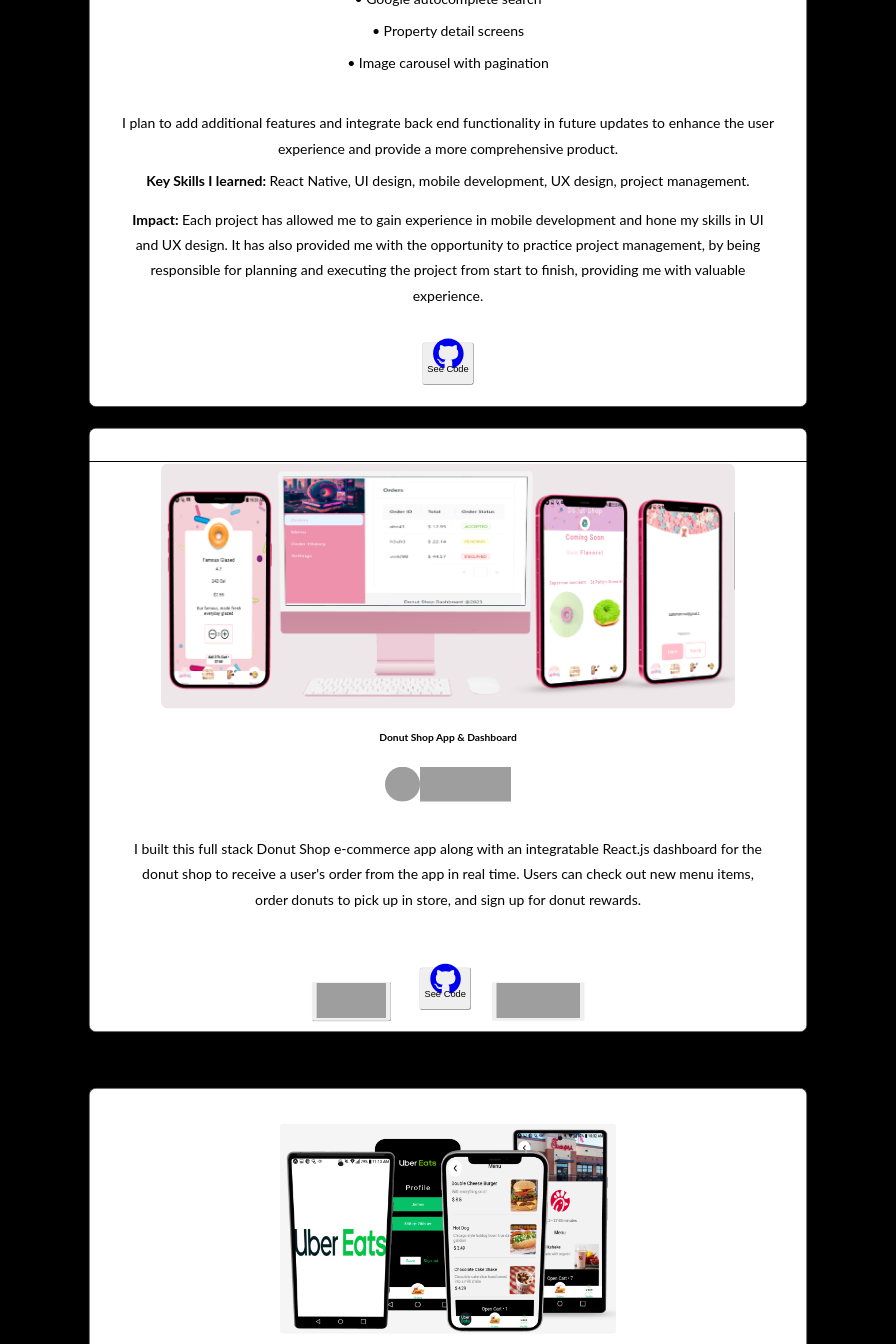
Repository: JamesPesenti/portfolio
Page: /
An editor plug-in stored every save of this project. The page is shown before and after the next save, followed by the edit.
The browser window is 1280 px wide. The pictures show the part of the page from y = 2245 to 4165 px (the page is 6929 px tall), at 70% of full size.
Pictures or frames that could not be fetched are drawn as grey boxes. The project was rebuilt for these pictures with package versions that can differ from the ones it lists, and the page was loaded fresh each time. Imported but missing from the stored project, and not drawn on this page: src/Components/James Pesenti Resume 2023.pdf.

Above is the page before, as saved 2023-05-06 09:46:42.

After the next save:
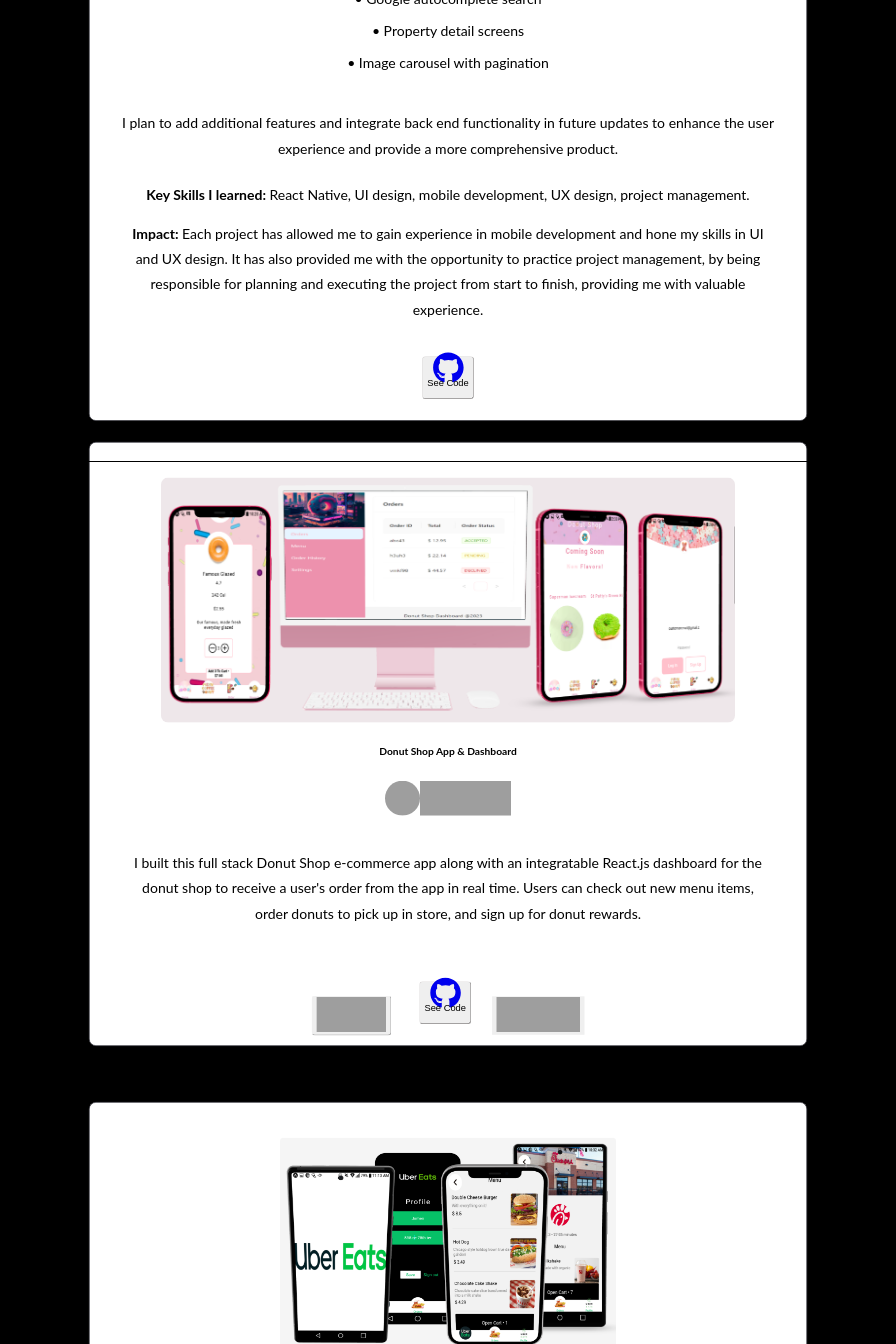
Saved 4 s later.
--- a/src/Components/MyProjects.jsx
+++ b/src/Components/MyProjects.jsx
@@ -27,7 +27,7 @@
             <p style={{fontSize: 20, padding: 0, marginBottom: -10}}>&#8226; Google autocomplete search</p>
             <p style={{fontSize: 20, padding: 0, marginBottom: -10}}>&#8226; Property detail screens</p>
             <p style={{fontSize: 20,  padding: 0, marginBottom: -10}}>&#8226; Image carousel with pagination</p>
-            <p style={{fontSize: 20, textAlign: 'center', padding: 40, marginBottom: -80}}>I plan to add additional features and integrate back end functionality in future updates to enhance the user experience and provide a more comprehensive product.</p>
+            <p style={{fontSize: 20, textAlign: 'center', padding: 40, marginBottom: -60}}>I plan to add additional features and integrate back end functionality in future updates to enhance the user experience and provide a more comprehensive product.</p>
             <p style={{fontSize: 20, textAlign: 'center', padding: 30, marginBottom: -80}}><b> Key Skills I learned: </b>React Native, UI design, mobile development, UX design, project management.</p>
             <p style={{fontSize: 20, textAlign: 'center', padding: 50}}><b> Impact: </b> Each project has allowed me to gain experience in mobile development and hone my skills in UI and UX design. It has also provided me with the opportunity to practice project management, by being responsible for planning and executing the project from start to finish, providing me with valuable experience.</p>
 
